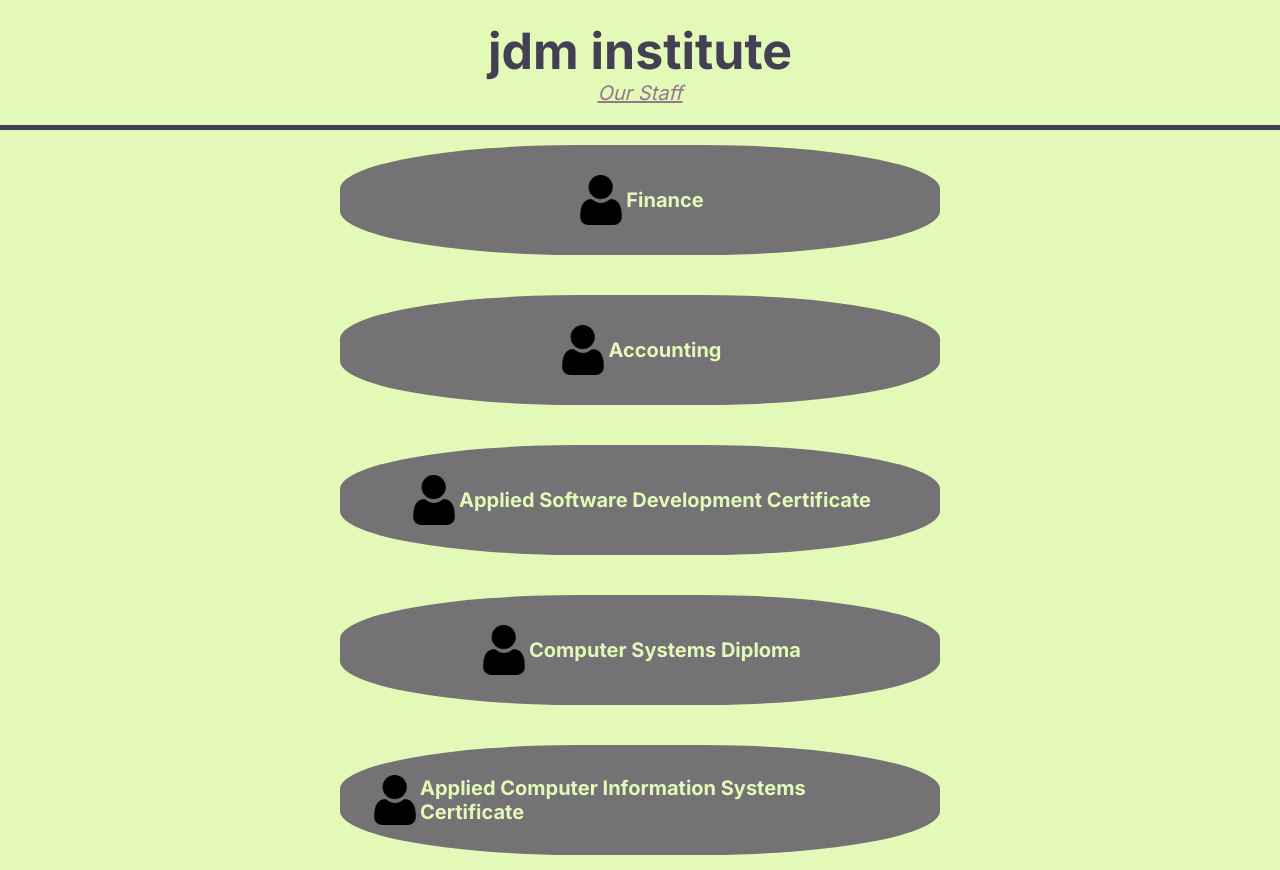
Repository: jennydmcm/class03practice
Page: /
An editor plug-in stored every save of this project. The page is shown before and after the next save, followed by the edit.
The browser window is 1280 px wide. The pictures show the whole page.
The project was rebuilt for these pictures with package versions that can differ from the ones it lists, and the page was loaded fresh each time. The framework's server and built-in components were replaced by stand-ins that run in the browser. Also part of the build but not shown: next.config.js.

Above is the page before, as saved 2023-01-25 13:04:36.

After the next save:
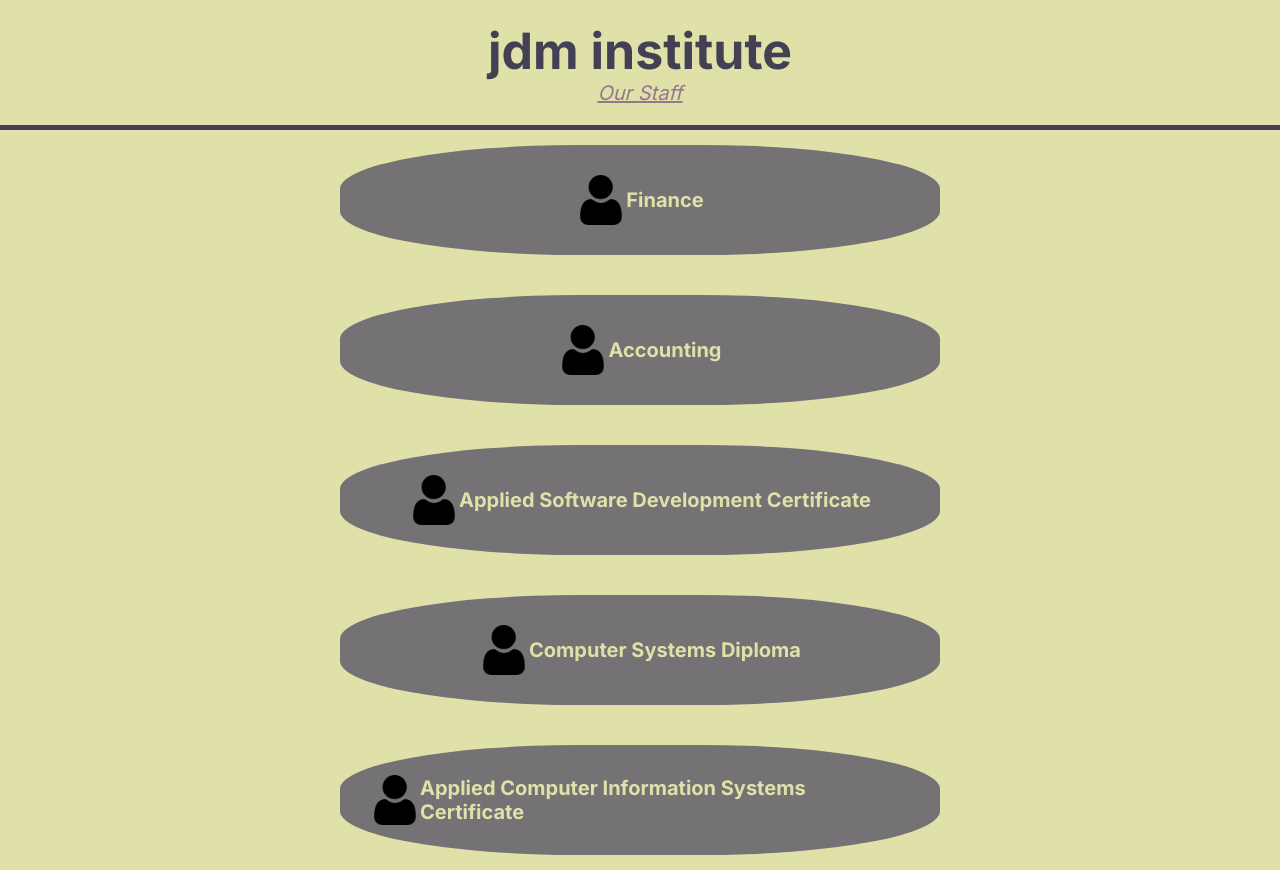
Saved 36 s later.
--- a/styles/Home.module.css
+++ b/styles/Home.module.css
@@ -3,7 +3,7 @@
   flex-direction: column;
   justify-content: space-between;
   align-items: center;
-  background-color: #E2F9B8;
+  background-color: #DFE1A9;
 }
 
 
@@ -13,7 +13,7 @@
   flex-direction: column;
   width: 100%;
   height: 130px;
-  background-color: #E2F9B8;
+  background-color: #DFE1A9;
   justify-content: center;
   align-items: center;
   border-bottom: 5px solid #444054;
@@ -41,11 +41,11 @@
   margin: 5px;
   gap: 20px;
   min-height: 100vh;
-  background-color: #E2F9B8;
+  background-color: #DFE1A9;
   justify-content: space-between;
   font-family: 'Inter';
   border-radius: 10px;
-  color: #E2F9B8;
+  color: #DFE1A9;
 }
 
 
